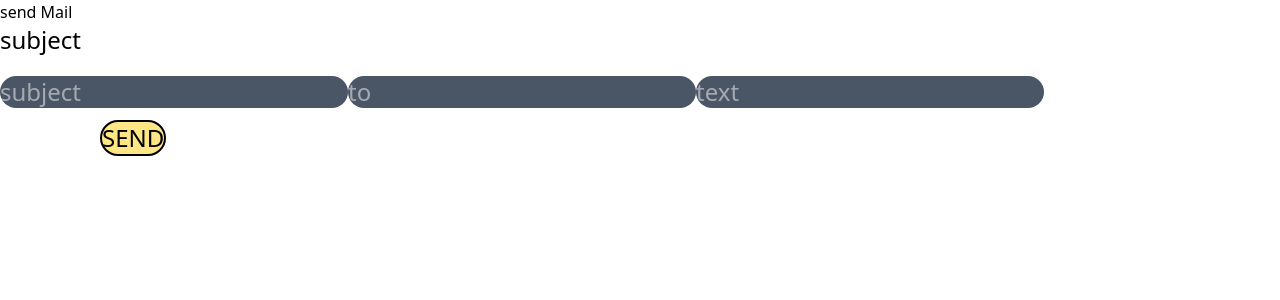
Repository: ridhukhan/sendmail
Page: / (app in Frontend/)
The author's editor kept a copy of each file at every save. The page is drawn from the files as they stood at one save, then again after the next save.
The browser window is 1280 px wide. The pictures show the whole page.
The project was rebuilt for these pictures with package versions that can differ from the ones it lists, and the page was loaded fresh each time.

Above is the page before, as saved 2026-02-10 14:58:47.

### Frontend/src/main.jsx
import { StrictMode } from 'react'
import { createRoot } from 'react-dom/client'
import './index.css'
import App from './App.jsx'
export const server="http://localhost:5000"
createRoot(document.getElementById('root')).render(
  <StrictMode>
    <App />
  </StrictMode>,
)

### Frontend/src/App.jsx

function App() {

  return (
    <>
    <h1>send Mail </h1>
    <form className="flex-col text-2xl align-middle justify-center">
<label htmlFor="subject">subject</label><br />
<input type="text" name="" id="" placeholder='subject' className="bg-gray-600 text-white border-amber-50 rounded-2xl"/>


<input type="email" name="" id="" placeholder='to' className="bg-gray-600 text-white border-amber-50 rounded-2xl mt-5" />
<input type="text" name="" id="" placeholder='text' className="bg-gray-600 text-white border-amber-50 rounded-2xl mt-5"/><br />
<button className="bg-amber-200 mt-3 rounded-3xl border-2 ml-25">SEND</button>
    </form>
       </>
  )
}

export default App

Loaded but not shown: Frontend/index.html (common file); Frontend/src/index.css (common file)

After the next save:
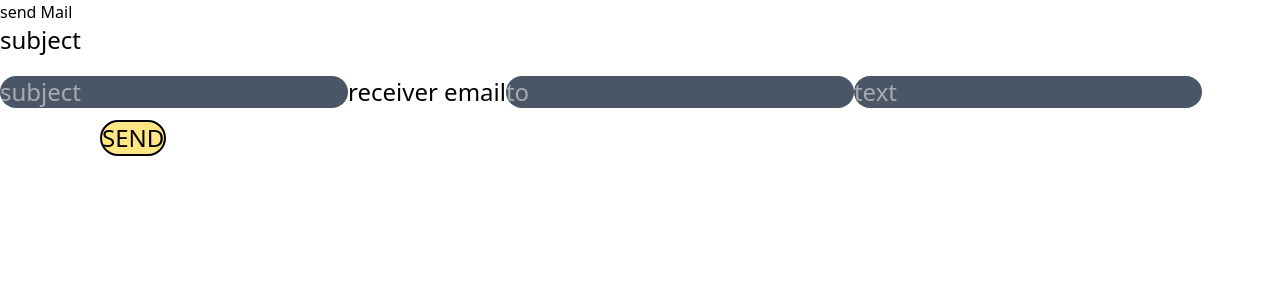
Saved 2 min 6 s later.
--- a/Frontend/src/App.jsx
+++ b/Frontend/src/App.jsx
@@ -6,11 +6,13 @@ function App() {
     <h1>send Mail </h1>
     <form className="flex-col text-2xl align-middle justify-center">
 <label htmlFor="subject">subject</label><br />
-<input type="text" name="" id="" placeholder='subject' className="bg-gray-600 text-white border-amber-50 rounded-2xl"/>
+<input type="text" name="subject" id="" placeholder='subject' className="bg-gray-600 text-white border-amber-50 rounded-2xl"/>
 
+<label htmlFor="email">receiver email</label>
+<input type="email" name="email" id="" placeholder='to' className="bg-gray-600 text-white border-amber-50 rounded-2xl mt-5" />
 
-<input type="email" name="" id="" placeholder='to' className="bg-gray-600 text-white border-amber-50 rounded-2xl mt-5" />
-<input type="text" name="" id="" placeholder='text' className="bg-gray-600 text-white border-amber-50 rounded-2xl mt-5"/><br />
+<label htmlFor="text"></label>
+<input type="text" name="text" id="" placeholder='text' className="bg-gray-600 text-white border-amber-50 rounded-2xl mt-5"/><br />
 <button className="bg-amber-200 mt-3 rounded-3xl border-2 ml-25">SEND</button>
     </form>
        </>
